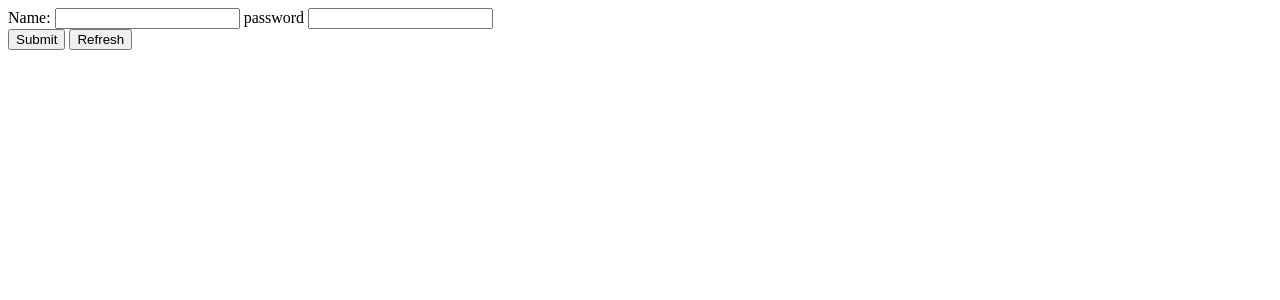
Repository: NangaDaya/Wipro_Training_Assignments
Page: Servlet_Assignment/src/main/webapp/WEB-INF/sessionform.html
The author's editor kept a copy of each file at every save. The page is drawn from the files as they stood at one save, then again after the next save.
The browser window is 1280 px wide. The pictures show the whole page.

Above is the page before, as saved 2025-07-29 04:41:23.

### Servlet_Assignment/src/main/webapp/WEB-INF/sessionform.html
<!DOCTYPE html>
<html>
<head>
<meta charset="UTF-8">
<title>Insert title here</title>
</head>
<body>
<form method="post" action="http://localhost:8080/Servlet_Assignment/FirstServlet">
	<label id="name">Name:</label>
	<input type="text" name="name" id="name">
	<label id="password">password</label>
	<input type="password" name="password" id="password">
	<br>
	<input type="submit" value="Submit">
	<input type="reset" value="Refresh">

</form>

</body>
</html>

After the next save:
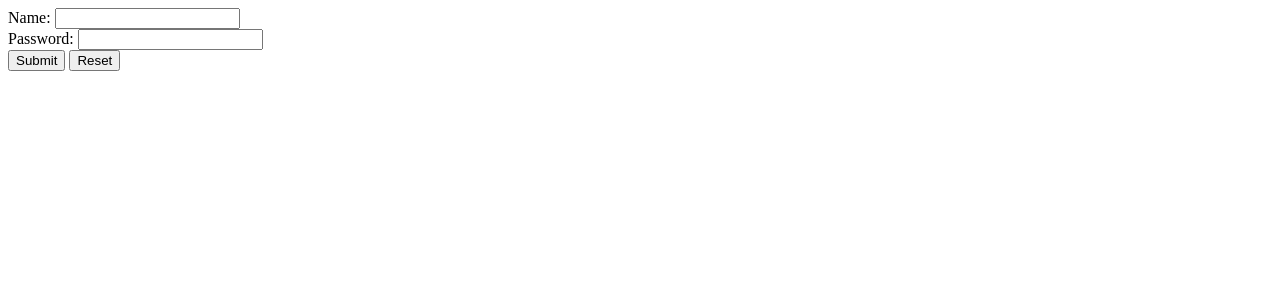
Saved 18 min 30 s later.
--- a/Servlet_Assignment/src/main/webapp/WEB-INF/sessionform.html
+++ b/Servlet_Assignment/src/main/webapp/WEB-INF/sessionform.html
@@ -6,13 +6,14 @@
 </head>
 <body>
 <form method="post" action="http://localhost:8080/Servlet_Assignment/FirstServlet">
-	<label id="name">Name:</label>
-	<input type="text" name="name" id="name">
-	<label id="password">password</label>
-	<input type="password" name="password" id="password">
-	<br>
-	<input type="submit" value="Submit">
-	<input type="reset" value="Refresh">
+		<label for="username">Name:</label>
+        <input type="text" name="name" id="username"><br>
+
+        <label for="userpass">Password:</label>
+        <input type="password" name="password" id="userpass"><br>
+
+        <input type="submit" value="Submit">
+        <input type="reset" value="Reset">
 
 </form>
 
